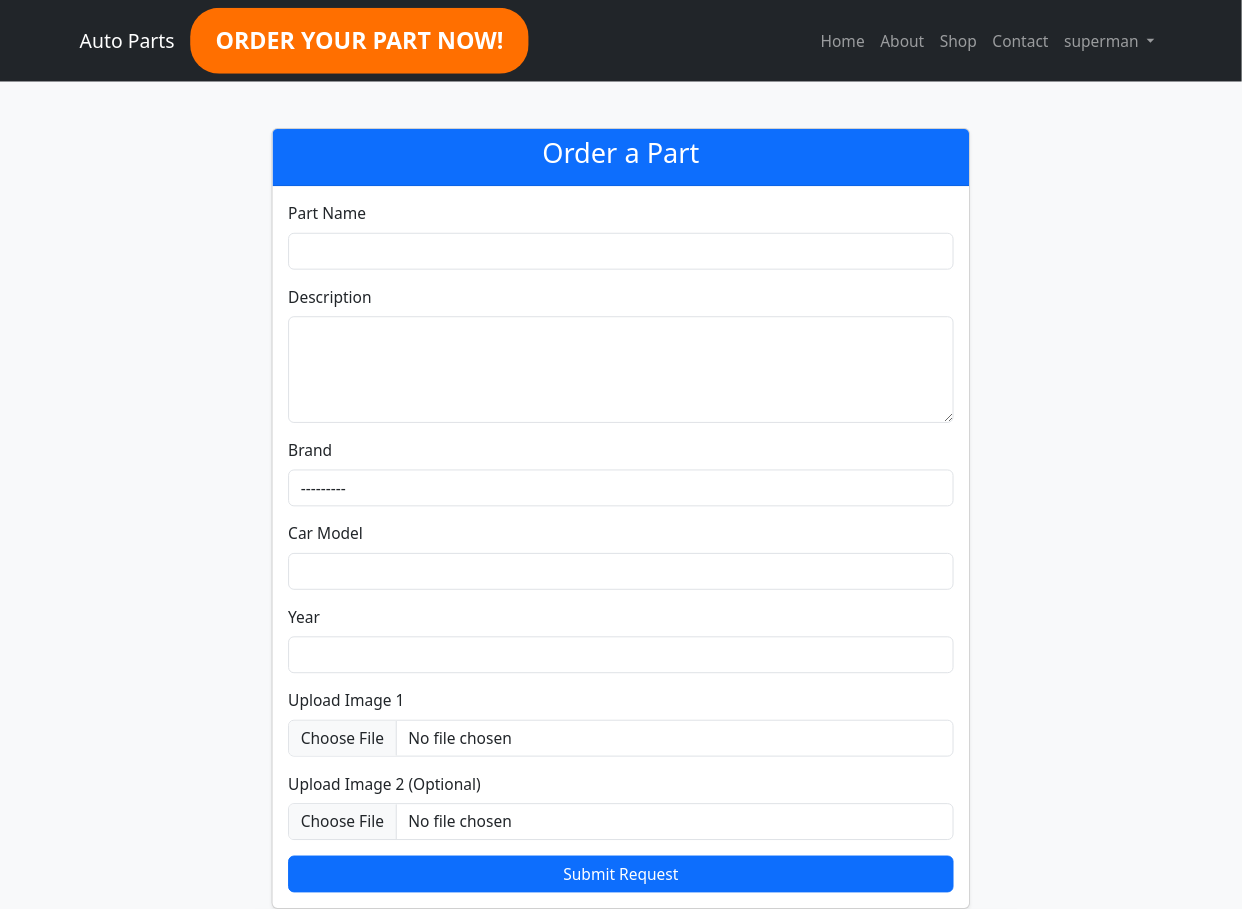
Repository: Jijiluzana225/onlineparts
Page: http://localhost/order/
These files come from the project's save history. The page is drawn as it stood at one moment and after the next save; the edit follows.
The browser window is 1280 px wide. The pictures show the whole page, at 97% of full size.
The page is served by the project's application, run on Django 5.2 (manage.py). The first stored user is signed in. Other server files are loaded and not shown. The page reads the database file committed with the project.

Above is the page before, as saved 2025-02-19 13:31:38.

### orders/templates/orders/order_part.html
{% extends 'orders/landing.html' %}


{% block content %}
<div class="container mt-5">
    <div class="row justify-content-center">
        <div class="col-md-8">
            <div class="card shadow-sm">
                <div class="card-header bg-primary text-white">
                    <h3 class="text-center">Order a Part</h3>
                </div>
                <div class="card-body">
                    <form method="post" enctype="multipart/form-data">
                        {% csrf_token %}

                        <div class="mb-3">
                            <label class="form-label">Part Name</label>
                            {{ form.part_name }}
                        </div>

                        <div class="mb-3">
                            <label class="form-label">Description</label>
                            {{ form.description }}
                        </div>

                        <div class="mb-3">
                            <label class="form-label">Brand</label>
                            {{ form.brand }}
                        </div>

                        <div class="mb-3">
                            <label class="form-label">Car Model</label>
                            {{ form.car_model }}
                        </div>

                        <div class="mb-3">
                            <label class="form-label">Year</label>
                            {{ form.year }}
                        </div>

                        <div class="mb-3">
                            <label class="form-label">Upload Image 1</label>
                            {{ form.image1 }}
                        </div>

                        <div class="mb-3">
                            <label class="form-label">Upload Image 2 (Optional)</label>
                            {{ form.image2 }}
                        </div>

                        <button type="submit" class="btn btn-primary w-100">Submit Request</button>
                    </form>
                </div>
            </div>
        </div>
    </div>
</div>
{% endblock %}

### orders/templates/orders/landing.html
<!DOCTYPE html>
<html lang="en">
<head>
    <meta charset="UTF-8">
    <meta name="viewport" content="width=device-width, initial-scale=1">
    <title>{% block title %}Landing Page{% endblock %}</title>
    <link href="https://cdn.jsdelivr.net/npm/bootstrap@5.3.0/dist/css/bootstrap.min.css" rel="stylesheet">
    <style>
        body {
            background-color: #f8f9fa;
        }
        .hero {
            height: 80vh;
            display: flex;
            align-items: center;
            justify-content: center;
            text-align: center;
            background: url('https://source.unsplash.com/1600x900/?car,parts') no-repeat center center/cover;
            color: white;
            position: relative;
        }
        .hero-overlay {
            background: black;
            padding: 50px;
            border-radius: 10px;
        }
        .btn-custom {
            background-color: #ff6f00;
            color: white;
            border-radius: 30px;
            padding: 15px 25px;
            font-size: 1.5rem;
            font-weight: bold;
            text-transform: uppercase;
            transition: background 0.3s ease;
        }
        .btn-custom:hover {
            background-color: #e65c00;
        }
    </style>
    {% block extra_css %}{% endblock %}
</head>
<body>

<!-- Navbar -->
<nav class="navbar navbar-expand-lg navbar-dark bg-dark">
    <div class="container">
        <a class="navbar-brand" href="{% url 'home' %}">Auto Parts</a>
        <a href="{% url 'order_part' %}" class="btn btn-custom">Order Your Part Now!</a>
        <button class="navbar-toggler" type="button" data-bs-toggle="collapse" data-bs-target="#navbarNav">
            <span class="navbar-toggler-icon"></span>
        </button>
        <div class="collapse navbar-collapse" id="navbarNav">
            <ul class="navbar-nav ms-auto">
                <li class="nav-item"><a class="nav-link" href="{% url 'home' %}">Home</a></li>
                <li class="nav-item"><a class="nav-link" href="#">About</a></li>
                <li class="nav-item"><a class="nav-link" href="#">Shop</a></li>
                <li class="nav-item"><a class="nav-link" href="#">Contact</a></li>

                {% if user.is_authenticated %}
                    <li class="nav-item dropdown">
                        <a class="nav-link dropdown-toggle" href="#" id="userDropdown" role="button" data-bs-toggle="dropdown">
                            {{ user.username }}
                        </a>
                        <ul class="dropdown-menu">
                            <li><a class="dropdown-item" href="{% url 'profile_update' %}">Profile</a></li>
                            <li>
                                <form method="post" action="{% url 'logout' %}">
                                    {% csrf_token %}
                                    <button type="submit" class="dropdown-item">Logout</button>
                                </form>
                            </li>
                        </ul>
                    </li>
                {% else %}
                    <li class="nav-item"><a class="nav-link btn btn-secondary" href="{% url 'register' %}">Sign Up</a></li>
                {% endif %}
            </ul>
        </div>
    </div>
</nav>

<!-- Hero Section -->
{% comment %} <div class="hero">
    <div class="hero-overlay">
        <h1 class="mb-4">Request Your Auto Parts Here!</h1>
        <a href="{% url 'order_part' %}" class="btn btn-custom">Order Your Part Now!</a>
    </div>
</div> {% endcomment %}

<!-- Main Content -->
<main class="container mt-4">
    {% block content %}
    {% endblock %}
</main>

<!-- Bootstrap JS -->
<script src="https://cdn.jsdelivr.net/npm/bootstrap@5.3.0/dist/js/bootstrap.bundle.min.js"></script>
{% block extra_js %}{% endblock %}
</body>
</html>

### orders/forms.py
from django import forms
from django.contrib.auth.forms import UserCreationForm
from .models import Customer

class CustomerRegistrationForm(UserCreationForm):
    is_store = forms.BooleanField(
        required=False,
        widget=forms.CheckboxInput(attrs={'class': 'form-check-input'}),
        label="Register as a Store"
    )
    phone_number = forms.CharField(
        max_length=15,
        widget=forms.TextInput(attrs={'class': 'form-control', 'placeholder': 'Enter phone number'}),
        label="Phone Number"
    )
    address = forms.CharField(
        widget=forms.Textarea(attrs={'class': 'form-control', 'rows': 3, 'placeholder': 'Enter your Complete address'}),
        required=False,
        label="Complete Address"
    )

    class Meta:
        model = Customer
        fields = ['is_store','username', 'password1', 'password2', 'completename', 'email', 'phone_number', 'address']

        labels = {
            'completename': 'Full Name / Store Name',
            'email': 'Email',
            'address': 'Complete Address',
        }
        widgets = {
            'username': forms.TextInput(attrs={'class': 'form-control', 'placeholder': 'Enter username'}),
            'password1': forms.PasswordInput(attrs={
                'class': 'form-control',
                'placeholder': 'Enter password',
                'autocomplete': 'new-password',
                'minlength': '8'
            }),
            'password2': forms.PasswordInput(attrs={
                'class': 'form-control',
                'placeholder': 'Confirm password',
                'autocomplete': 'new-password',
                'minlength': '8'
            }),
            'completename': forms.TextInput(attrs={'class': 'form-control', 'placeholder': 'Enter full name'}),
            'email': forms.EmailInput(attrs={'class': 'form-control', 'placeholder': 'Enter email'}),
        }


from django import forms
from .models import Customer

class CustomerUpdateForm(forms.ModelForm):
    is_store = forms.BooleanField(
        required=False,
        widget=forms.CheckboxInput(attrs={'class': 'form-check-input'}),
        label="Register as a Store"
    )
    class Meta:
        model = Customer
        fields = ["is_store", "completename", "phone_number", "address"]
        labels = {
            'completename': 'Full Name / Store Name',
            'email': 'Email',
            'address': 'Complete Address',
        }
        widgets = {
            "completename": forms.TextInput(attrs={"class": "form-control"}),
            "phone_number": forms.TextInput(attrs={"class": "form-control"}),
            "address": forms.Textarea(attrs={"class": "form-control", "rows": 3}),
        }




from django import forms
from .models import PartRequest

class PartRequestForm(forms.ModelForm):
    class Meta:
        model = PartRequest
        fields = ["part_name", "description", "image1", "image2", "brand", "year", "car_model"]
        widgets = {
            "description": forms.Textarea(attrs={"class": "form-control", "rows": 4}),
            "brand": forms.Select(attrs={"class": "form-control"}),
            "year": forms.NumberInput(attrs={"class": "form-control", "min": 1900, "max": 2100}),
            "car_model": forms.TextInput(attrs={"class": "form-control"}),
            "part_name": forms.TextInput(attrs={"class": "form-control"}),
        }

    image1 = forms.ImageField(required=True, widget=forms.FileInput(attrs={"class": "form-control"}))
    image2 = forms.ImageField(required=False, widget=forms.FileInput(attrs={"class": "form-control"}))

### orders/models.py
from django.contrib.auth.models import AbstractUser
from django.db import models
from django.contrib.auth.models import User
from django.conf import settings


class Customer(AbstractUser):
    completename = models.CharField(max_length=250 )
    phone_number = models.CharField(max_length=50 )
    address = models.TextField(blank=True, null=True)
    is_store = models.BooleanField(default=False)





    groups = models.ManyToManyField(
        "auth.Group",
        related_name="customer_users",  # Custom related name to avoid conflicts
        blank=True
    )
    user_permissions = models.ManyToManyField(
        "auth.Permission",
        related_name="customer_users_permissions",  # Custom related name
        blank=True
    )

    def __str__(self):
        return self.username

BRAND_CHOICES = [
    ("Toyota", "Toyota"),
    ("Mitsubishi", "Mitsubishi"),
    ("Honda", "Honda"),
    ("Nissan", "Nissan"),
    ("Ford", "Ford"),
    ("Isuzu", "Isuzu"),
    ("Hyundai", "Hyundai"),
    ("Kia", "Kia"),
    ("Chevrolet", "Chevrolet"),
    ("Suzuki", "Suzuki"),
    ("Daihatsu", "Daihatsu"),
    ("Mazda", "Mazda"),
    ("Subaru", "Subaru"),
    ("Fuso", "Fuso"),
    ("Hino", "Hino"),
    ("Tata", "Tata"),
    ("MAN", "MAN"),
    ("Scania", "Scania"),
    ("Volkswagen", "Volkswagen"),
    ("Chery", "Chery"),
    ("Foton", "Foton"),
    ("JAC", "JAC"),
    ("Dongfeng", "Dongfeng"),
    ("Changan", "Changan"),
    ("Geely", "Geely"),
    ("MG", "MG"),
    ("BYD", "BYD"),
    ("BAIC", "BAIC"),
    ("GAC", "GAC"),
    ("Maxus", "Maxus"),
]


# Part Request Model
class PartRequest(models.Model):
    orderdate = models.DateTimeField(auto_now=True)
    user = models.ForeignKey(settings.AUTH_USER_MODEL, on_delete=models.CASCADE)
    part_name = models.CharField(max_length=255)
    description = models.TextField()
    image1 = models.ImageField(upload_to="part_images/")
    image2 = models.ImageField(upload_to="part_images/")
    brand = models.CharField(max_length=255, choices=BRAND_CHOICES)
    year = models.PositiveIntegerField()
    car_model = models.CharField(max_length=255)
    created_at = models.DateTimeField(auto_now_add=True)

    def __str__(self):
        return f"{self.part_name} ({self.brand} - {self.car_model})"

### orders/views.py
from django.shortcuts import render, redirect
from .forms import CustomerRegistrationForm
from django.shortcuts import render, redirect
from django.contrib.auth import login, authenticate
from django.contrib.auth.forms import UserCreationForm

def register_view(request):
    if request.method == "POST":
        form = UserCreationForm(request.POST)
        if form.is_valid():
            user = form.save()  # Create the user
            username = form.cleaned_data.get("username")
            password = form.cleaned_data.get("password1")
            user = authenticate(username=username, password=password)  # Authenticate
            if user is not None:
                login(request, user)  # Auto-login user
                return redirect("landing")  # Redirect to landing page
    else:
        form = UserCreationForm()

    return render(request, "orders/register.html", {"form": form})


def landing_page(request):
    return render(request, 'orders/landing.html')



from django.shortcuts import render, redirect
from django.contrib.auth.decorators import login_required
from .forms import CustomerUpdateForm

@login_required
def profile_update_view(request):
    user = request.user
    if request.method == "POST":
        form = CustomerUpdateForm(request.POST, instance=user)
        if form.is_valid():
            form.save()
            return redirect("home")  # Stay on profile page after saving
    else:
        form = CustomerUpdateForm(instance=user)

    return render(request, "orders/profile_update.html", {"form": form})



from django.shortcuts import render, redirect
from django.contrib.auth.decorators import login_required
from .forms import PartRequestForm

@login_required
def order_part_view(request):
    if request.method == "POST":
        form = PartRequestForm(request.POST, request.FILES)
        if form.is_valid():
            part_request = form.save(commit=False)
            part_request.user = request.user
            part_request.save()
            return redirect("order_success")  # Redirect to a success page
    else:
        form = PartRequestForm()

    return render(request, "orders/order_part.html", {"form": form})


def order_success(request):
    return render(request, "orders/order_success.html")

### Onlinespareparts/urls.py
from django.contrib import admin
from django.urls import path, include
from django.conf import settings
from django.conf.urls.static import static

urlpatterns = [
    path('admin/', admin.site.urls),
    path('', include('orders.urls')),
]

urlpatterns += static(settings.MEDIA_URL, document_root=settings.MEDIA_ROOT)

### orders/urls.py
from django.urls import path
from .views import *
from django.contrib.auth import views as auth_views


urlpatterns = [
    path('register/', register_view, name='register'),
    path('login/', auth_views.LoginView.as_view(template_name='orders/login.html'), name='login'),
    path('logout/', auth_views.LogoutView.as_view(next_page='login'), name='logout'),
    path('', landing_page, name='home'),  # This makes the landing page accessible at "/"
    path('profile/update/', profile_update_view, name='profile_update'),
    path("order/", order_part_view, name="order_part"),
]

### db.sqlite3 (the tables this page reads, as SQL)
CREATE TABLE "orders_customer" ("id" integer NOT NULL PRIMARY KEY AUTOINCREMENT, "password" varchar(128) NOT NULL, "last_login" datetime NULL, "is_superuser" bool NOT NULL, "username" varchar(150) NOT NULL UNIQUE, "first_name" varchar(150) NOT NULL, "last_name" varchar(150) NOT NULL, "email" varchar(254) NOT NULL, "is_staff" bool NOT NULL, "is_active" bool NOT NULL, "date_joined" datetime NOT NULL, "address" text NULL, "completename" varchar(250) NOT NULL, "is_store" bool NOT NULL, "phone_number" varchar(50) NOT NULL);
INSERT INTO "orders_customer" VALUES
(1, 'pbkdf2_sha256$870000$VHQkwlPfUP1SNa0vBYsA7k$xsI35DDTdhc7H3JwGuztpMY/AAeYScYKnnqDLhE/+0g=', '2025-02-19 02:28:15.167806', 0, 'superman', '', '', '', 0, 1, '2025-02-19 02:28:10.405698', 'indahag, cagayan de oro city
phase1, sitio bato', 'Virgilio Luzana', 0, '09177043781'),
(2, 'pbkdf2_sha256$870000$GhjSe6JSIdMJIwcGOd7stu$XxR9+I6HrKTBmuHSeI9PfhQ2XuxXIJ+ORDY020h+u8U=', '2025-02-19 08:37:37.557177', 1, 'jiji', '', '', 'avs@yaho.com', 1, 1, '2025-02-19 02:37:26.988108', NULL, '', 0, ''),
(3, 'pbkdf2_sha256$870000$lyKv2UQ69dKomsfcFp8UGi$PZ5e/sLGaO3Y0FBcV3+q1HIlxv7XmPYnS6bMstYYly8=', '2025-02-19 10:18:33.936735', 0, 'x', '', '', '', 0, 1, '2025-02-19 04:28:33.327759', 'indahag, cagayan de oro city
phase1, sitio bato', 'Virgilio Luzana', 1, '09177043782'),
(4, 'pbkdf2_sha256$870000$1Ue3r2T8hpDVj8mkZsli0o$5FlyLAhfa8jIHZZtGiX/8F64IjlzjU4ghlo7uPokTI0=', '2025-02-19 10:20:35.401779', 1, 'j3', '', '', '', 1, 1, '2025-02-19 04:36:55', 'indahag, cagayan de oro city
phase1, sitio bato', 'Cagayan de Oro Automotives', 1, '09177043781');

After the next save:
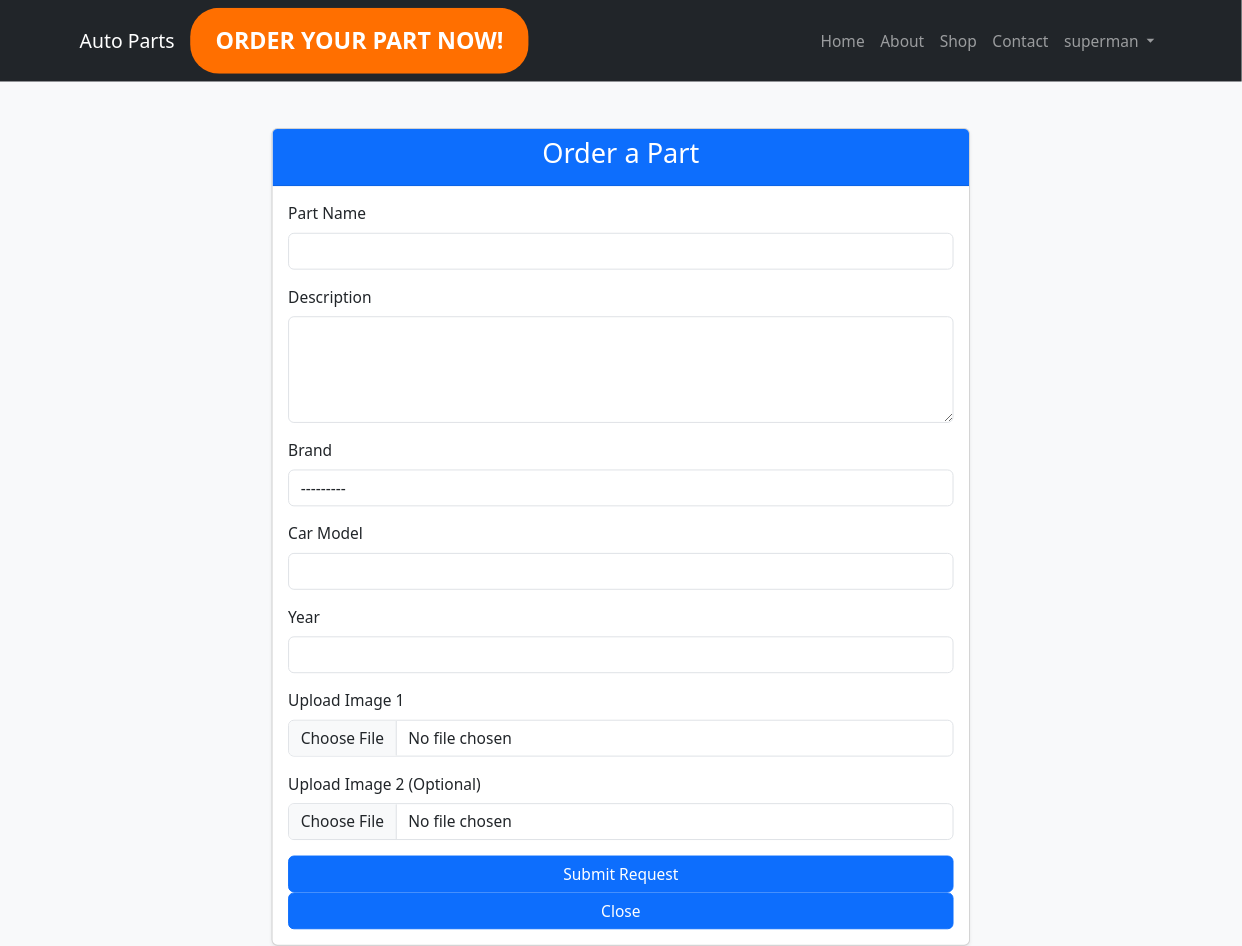
Saved 42 s later.
--- a/orders/templates/orders/order_part.html
+++ b/orders/templates/orders/order_part.html
@@ -49,6 +49,7 @@
                         </div>
 
                         <button type="submit" class="btn btn-primary w-100">Submit Request</button>
+                        <button type="submit" class="btn btn-primary w-100">Close</button>
                     </form>
                 </div>
             </div>
